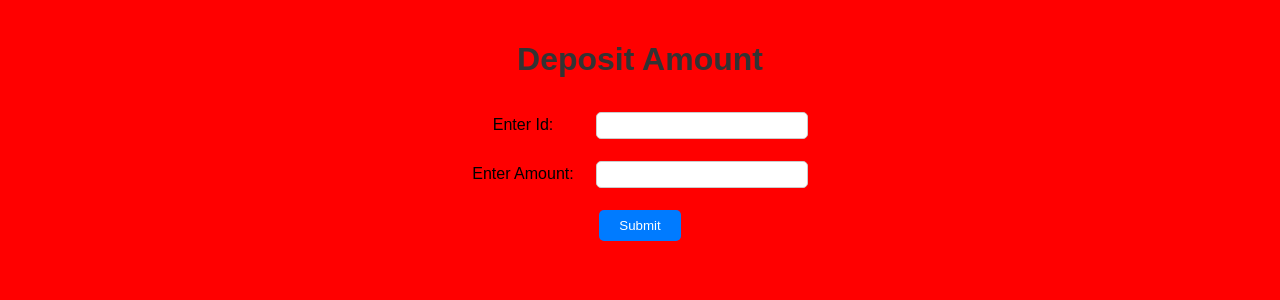
Repository: Surajkande2001/IGTSolution
Page: WebJSPProject1/src/main/webapp/Deposit.html
The author's editor kept a copy of each file at every save. The page is drawn from the files as they stood at one save, then again after the next save.
The browser window is 1280 px wide. The pictures show the whole page.

Above is the page before, as saved 2023-07-02 09:56:05.

After the next save:
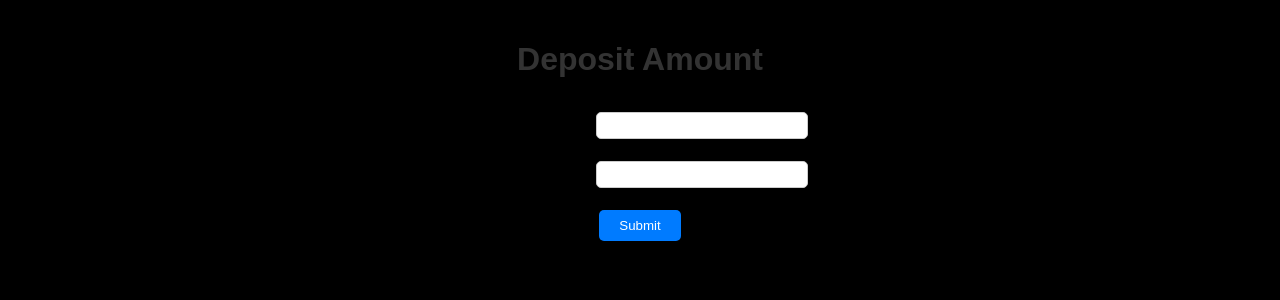
Saved 20 s later.
--- a/WebJSPProject1/src/main/webapp/Deposit.html
+++ b/WebJSPProject1/src/main/webapp/Deposit.html
@@ -6,7 +6,7 @@
 	<title>Insert title here</title>
 	<style>
 		body {
-			background-color: red;
+			background-color: black;
 			font-family: Arial, sans-serif;
 			margin: 0;
 			padding: 20px;
